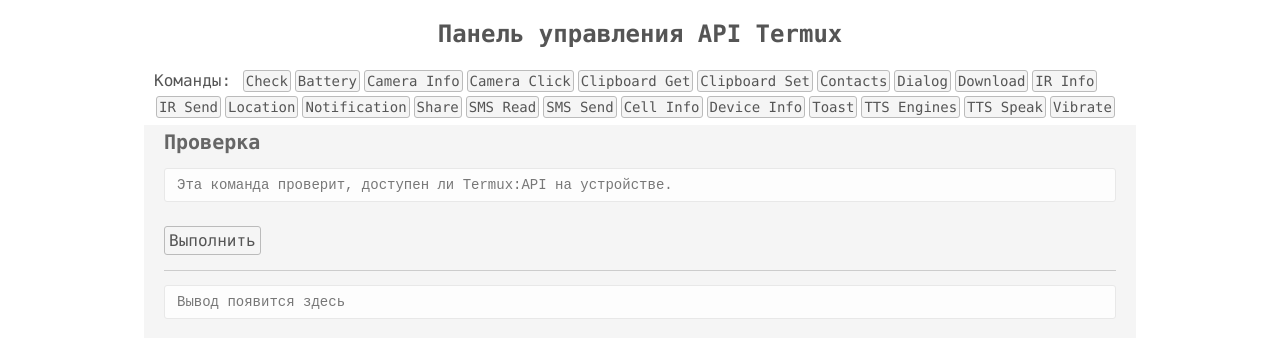
Repository: easy-quest/PHP-Termux-API
Page: http://localhost/api.php
These files come from the project's save history. The page is drawn as it stood at one moment and after the next save; the edit follows.
The browser window is 1280 px wide. The pictures show the whole page.
The page is run by PHP 8.4 with error messages shown; the project is at /var/www/html/.

Above is the page before, as saved 2021-12-02 02:13:56.

### api.php
<?php
if(isset($_REQUEST['command']) && isset($_REQUEST['param'])){
  /* Check if Termux:API is available */
  if($_REQUEST['command']=="check"){
    $test = shell_exec('termux-battery-status -h');
    if (substr($test, 0, 5) === 'Usage'){
      die("Termux:API is available");
    }
    else{
      die("Termux:API is not available");
    }
  }

  $command=$_REQUEST['command'];
  $param=$_REQUEST['param'];
  if(!$param==""){
    $response=shell_exec("$command $param");
  }
  else{
    $response=shell_exec("$command");
  }

  echo $response;
  exit();
}
?>
<!DOCTYPE html>
<html>
<head>
<meta name="viewport" content="width=device-width, initial-scale=1.0">
<style>
* {
  box-sizing: border-box;
}
.btn{
  background-color:#f5f5f5;
  display: inline-block;
  color: #555;
  text-align: center;
  border: solid 1px #bbb;
  border-radius:3px;
}
.btn:hover{
  cursor: pointer;
  background-color: #ddd;
}
pre{
  padding:8px 12px;
  overflow-x:scroll;
  border: 1px solid #e8e8e8;
  border-radius:3px;
  background-color:#fdfdfd;
  color:#777;
  font-size:14px
}
code{
  border: 0;
  padding-right: 0;
  padding-left: 0;
}
  min-height:350px;
input{
  font-family:MonoSpace;
  color:#555;
  border:solid 1px #bbb;
  border-radius:4px;
  padding:4px;
  outline:none
}
.commands {
  max-width:992px;
  margin:auto;
  padding-left:10px;
  padding-right:10px;
}
.commands a {
  background-color:#f5f5f5;
  display: inline-block;
  color: #555;
  text-align: center;
  border: solid 1px #bbb;
  border-radius:3px;
  font-size:14px;
  color: #555;
  padding: 2px;
  margin:2px;
  text-decoration: none;
}
.commands a:hover{
  cursor: pointer;
  background-color: #ddd;
}
.execute{
  padding:4px;
  margin-top:10px;
}
.main {
  margin:auto;
  margin-top:5px;
  max-width:992px;
  padding:5px 20px;
  background:#f5f5f5;
}
#photo-link{
  padding:4px;
  margin-top:5px;
  margin-bottom:50px;
  text-decoration:none;
}

@media only screen and (max-width:992px) {
  .commands, .main{
    width:100%;
  }
}
</style>
</head>
<body style="color:#555;font-family:Consolas, MonoSpace;margin:0px;">
  <h2 style="text-align:center">Панель управления API Termux</h2>
  <div class="commands">
     Команды:
    <a onclick="cmd(0)" href=#>Check</a><a onclick="cmd(1)" href=#>Battery</a><a onclick="cmd(2)" href=#>Camera Info</a><a onclick="cmd(3)" href=#>Camera Click</a><a onclick="cmd(4)" href=#>Clipboard Get</a><a onclick="cmd(5)" href=#>Clipboard Set</a><a onclick="cmd(6)" href=#>Contacts</a><a onclick="cmd(7)" href=#>Dialog</a><a onclick="cmd(8)" href=#>Download</a><a onclick="cmd(9)" href=#>IR Info</a><a onclick="cmd(10)" href=#>IR Send</a><a onclick="cmd(11)" href=#>Location</a><a onclick="cmd(12)" href=#>Notification</a><a onclick="cmd(13)" href=#>Share</a><a onclick="cmd(14)" href=#>SMS Read</a><a onclick="cmd(15)" href=#>SMS Send</a><a onclick="cmd(16)" href=#>Cell Info</a><a onclick="cmd(17)" href=#>Device Info</a><a onclick="cmd(18)" href=#>Toast</a><a onclick="cmd(19)" href=#>TTS Engines</a><a onclick="cmd(20)" href=#>TTS Speak</a><a onclick="cmd(21)" href=#>Vibrate</a>
  </div>
  <div class="main">
    <div id="command" style="color:#666;font-weight:bold;font-size:20px"></div>
    <pre style="white-space:pre-wrap;"><code id= "documentation"></code></pre>
    <div>
      <div id="param" style="margin-top:10px">
        <span style="">Enter parameters : </span>
        <input id="paramInput">
      </div>
      <div onclick="execute()" class="execute btn">Выполнить</div>
    </div>
    <div style="border-top:solid 1px #ccc;width:100%;height:1px;margin:auto;margin-top:15px;margin-bottom:5px;"></div>
    <pre><code id= "response"></code></pre>
  </div>

  <script>
  var api = {
    0:{command:"Проверка",doc:"Эта команда проверит, доступен ли Termux:API на устройстве.",sampleParam:""},
    1:{command:"termux-battery-status",doc:"Usage: termux-battery-status\nGet the status of the device battery.",sampleParam:""},
    2:{command:"termux-camera-info",doc:"Usage: termux-camera-info\nGet information about device camera(s).",sampleParam:""},
    3:{command:"termux-camera-photo",doc:"Usage: termux-camera-photo [-c camera-id] output-file\nTake a photo and save it to a file in JPEG format.\n\n  -c camera-id  ID of the camera to use (see termux-camera-info), default: 0",sampleParam:"-c 0 photo.jpg"},
    4:{command:"termux-clipboard-get",doc:"Usage: termux-clipboard-get\nGet the system clipboard text.",sampleParam:""},
    5:{command:"termux-clipboard-set",doc:"Usage: termux-clipboard-set [text]\nSet the system clipboard text. The text to set is either supplied as arguments or read from stdin if no arguments are given.",sampleParam:"Hello"},
    6:{command:"termux-contact-list",doc:"Usage: termux-contact-list\nList all contacts.",sampleParam:""},
    7:{command:"termux-dialog",doc:"Usage: termux-dialog [-i hint] [-m] [-p] [-t title]\nShow a text entry dialog.\n\n  -i hint   the input hint to show when the input is empty\n  -m        use a textarea with multiple lines instead of a single\n  -p        enter the input as a password\n  -t title  the title to show for the input prompt",sampleParam:"-t Enter Something"},
    8:{command:"termux-download",doc:"Usage: termux-download [-d description] [-t title] url-to-download\nDownload a resource using the system download manager.\n\n  -d description  description for the download request notification\n  -t title        title for the download request notification",sampleParam:"-t Anupam http://g.jpg"},
    9:{command:"termux-infrared-frequencies",doc:"Usage: termux-infrared-frequencies\nQuery the infrared transmitter's supported carrier frequencies.",sampleParam:""},
    10:{command:"termux-infrared-transmit",doc:"Usage: termux-infrared-transmit -f frequency pattern\nTransmit an infrared pattern. The pattern is specified in comma-separated on/off intervals, such as '20,50,20,30'. Only patterns shorter than 2 seconds will be transmitted.\n\n  -f frequency  IR carrier frequency in Hertz",sampleParam:"-f 30000 20,50,20,30"},
    11:{command:"termux-location",doc:"usage: termux-location [-p provider] [-r request]\nGet the device location.\n\n  -p provider  location provider [gps/network/passive] (default: gps)\n  -r request   kind of request to make [once/last/updates] (default: once)",sampleParam:"-p gps -r once"},
    12:{command:"termux-notification",doc:"Usage: termux-notification [-c content] [-i id] [-t title] [-u url]\nDisplay a system notification.\n\n  -c content notification content to show\n  -i id      notification id (will overwrite any previous notification\n               with the same id)\n  -t title   notification title to show\n  -u url     notification url when clicking on it",sampleParam:"-c This is a notification -t Notification"},
    13:{command:"termux-share",doc:"Usage: termux-share [-a action] [-c content-type] [-d] [-t title] [file]\nShare a file specified as argument or the text received on stdin if no file argument is given.\n\n  -a action        which action to performed on the shared content:\n                     edit/send/view (default:view)\n  -c content-type  content-type to use (default: guessed from file extension,\n                     text/plain for stdin)\n  -d               share to the default receiver if one is selected\n                     instead of showing a chooser\n\n  -t title         title to use for shared content (default: shared file name)",sampleParam:"-a view photo.jpg"},
    14:{command:"termux-sms-inbox",doc:"Usage: termux-sms-inbox [-d] [-l limit] [-n] [-o offset]\nList received SMS messages.\n\n  -d         show dates when messages were created\n  -l limit   offset in sms list (default: 10)\n  -n         show phone numbers\n  -o offset  offset in sms list (default: 0)",sampleParam:"-l 10 -n -o 0"},
    15:{command:"termux-sms-send",doc:"Usage: termux-sms-send -n number[,number2,number3,...] [text]\nSend a SMS message to the specified recipient number(s). The text to send is either supplied as arguments or read from stdin if no arguments are given.\n\n  -n number(s)  recipient number(s) - separate multiple numbers by commas",sampleParam:"-n 1234567890 Hello"},
    16:{command:"termux-telephony-cellinfo",doc:"Usage: termux-telephony-cellinfo\nGet information about all observed cell information from all radios on the device including the primary and neighboring cells.",sampleParam:""},
    17:{command:"termux-telephony-deviceinfo",doc:"Usage: termux-telephony-deviceinfo\nGet information about the telephony device.",sampleParam:""},
    18:{command:"termux-toast",doc:"Usage: termux-toast [-s] [text]\nShow text in a Toast (a transient popup). The text to show is either supplied as arguments or read from stdin if no arguments are given.\n\n -s  only show the toast for a short while",sampleParam:"-s This is a toast"},
    19:{command:"termux-tts-engines",doc:"Usage: termux-tts-engines\nGet information about the available text-to-speech (TTS) engines. The name of an engine may be given to the termux-tts-speak command using the -e option.",sampleParam:""},
    20:{command:"termux-tts-speak",doc:"Usage: termux-tts-speak [-e engine] [-l language] [-p pitch] [-r rate] [-s stream] [text-to-speak]\nSpeak text with a system text-to-speech (TTS) engine. The text to speak is either supplied as arguments or read from stdin if no arguments are given.\n\n  -e engine    TTS engine to use (see termux-tts-engines)\n  -l language  language to speak in (may be unsupported by the engine)\n  -p pitch     pitch to use in speech. 1.0 is the normal pitch,\n                 lower values lower the tone of the synthesized voice,\n                 greater values increase it.\n  -r rate      speech rate to use. 1.0 is the normal speech rate,\n                 lower values slow down the speech\n                 (0.5 is half the normal speech rate)\n                 while greater values accelerates it\n                 (2.0 is twice the normal speech rate).\n  -s stream    audio stream to use (default:NOTIFICATION), one of:\n                 ALARM, MUSIC, NOTIFICATION, RING, SYSTEM, VOICE_CALL",sampleParam:"-p 1.3 Hello How are you"},
    21:{command:"termux-vibrate",doc:"Usage: termux-vibrate [-d duration] [-f]\nVibrate the device.\n\n  -d duration  the duration to vibrate in ms (default:1000)\n  -f           force vibration even in silent mode",sampleParam:"-d 500"}
  }

  //default values
  var command = api[0].command;
  var param = "";
  var doc = api[0].doc;
  var msg = "Вывод появится здесь";

  document.getElementById("param").hidden= true;
  document.getElementById("response").innerHTML = msg;
  document.getElementById("command").innerHTML = command;
  document.getElementById("documentation").innerHTML = doc;

/** Function to select command and sampleParam*/
  function cmd(id=0){
    command = api[id].command;
    var doc = api[id].doc;
    var sampleParam = api[id].sampleParam;
    document.getElementById("documentation").innerHTML = doc;
    document.getElementById("command").innerHTML = command;
    document.getElementById("response").innerHTML = msg;
    var photoLink = document.getElementById("photo-link");
    if(photoLink){
      photoLink.parentNode.removeChild(photoLink);
    }
    if(sampleParam==""){
      document.getElementById("param").hidden = true;
      document.getElementById("paramInput").value = "";
    }
    else{
      document.getElementById("param").hidden = false;
      document.getElementById("paramInput").value = sampleParam;
    }
  }

/** Function to send AJAX Request with command and param, then show the response*/
  function execute(){
    param = document.getElementById("paramInput").value;
    var xhttp = new XMLHttpRequest();
    xhttp.onreadystatechange = function() {
      if(this.readyState == 1){
        document.getElementById("response").innerHTML = "server connection established";
      }
      if(this.readyState == 2){
        document.getElementById("response").innerHTML = "request received";
      }
      if(this.readyState == 3){
        document.getElementById("response").innerHTML = "processing request";
      }
      if (this.readyState == 4 && this.status == 200) {
        document.getElementById("response").innerHTML = this.responseText;
        if(command=="termux-camera-photo"){
          var name = param.substring(5);
          var l = document.createElement("a");
          var text = document.createTextNode("View Image");
          l.appendChild(text);
          l.setAttribute("href",name);
          l.setAttribute("target","_blank");
          l.setAttribute("id","photo-link");
          l.setAttribute("class","btn");
          document.getElementById("response").parentElement.parentElement.appendChild(l);
        }
      }
    };
    xhttp.open("POST", "<?php echo basename(__FILE__);?>", true);
    xhttp.setRequestHeader("Content-type", "application/x-www-form-urlencoded");
    xhttp.send("command=" + command + "&param=" + param);
  }
  </script>
</body>
</html>

After the next save:
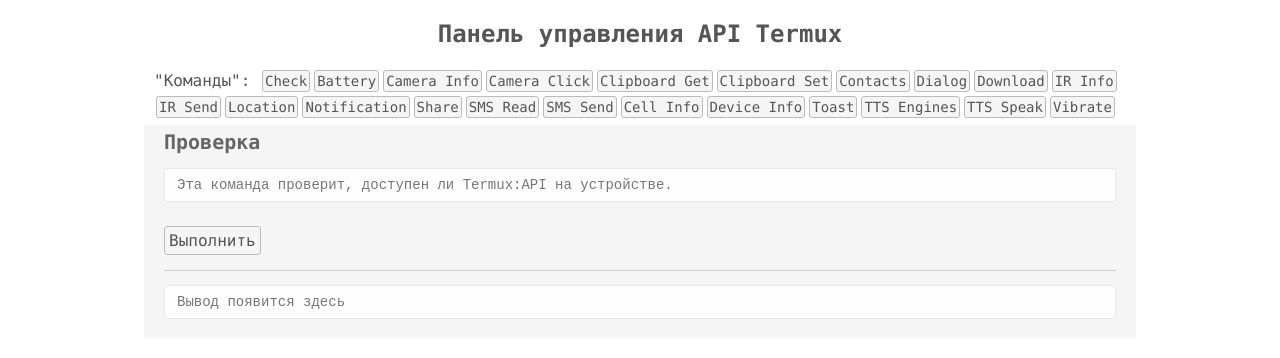
Saved 6 s later.
--- a/api.php
+++ b/api.php
@@ -118,7 +118,7 @@
 <body style="color:#555;font-family:Consolas, MonoSpace;margin:0px;">
   <h2 style="text-align:center">Панель управления API Termux</h2>
   <div class="commands">
-     Команды:
+     "Команды":
     <a onclick="cmd(0)" href=#>Check</a><a onclick="cmd(1)" href=#>Battery</a><a onclick="cmd(2)" href=#>Camera Info</a><a onclick="cmd(3)" href=#>Camera Click</a><a onclick="cmd(4)" href=#>Clipboard Get</a><a onclick="cmd(5)" href=#>Clipboard Set</a><a onclick="cmd(6)" href=#>Contacts</a><a onclick="cmd(7)" href=#>Dialog</a><a onclick="cmd(8)" href=#>Download</a><a onclick="cmd(9)" href=#>IR Info</a><a onclick="cmd(10)" href=#>IR Send</a><a onclick="cmd(11)" href=#>Location</a><a onclick="cmd(12)" href=#>Notification</a><a onclick="cmd(13)" href=#>Share</a><a onclick="cmd(14)" href=#>SMS Read</a><a onclick="cmd(15)" href=#>SMS Send</a><a onclick="cmd(16)" href=#>Cell Info</a><a onclick="cmd(17)" href=#>Device Info</a><a onclick="cmd(18)" href=#>Toast</a><a onclick="cmd(19)" href=#>TTS Engines</a><a onclick="cmd(20)" href=#>TTS Speak</a><a onclick="cmd(21)" href=#>Vibrate</a>
   </div>
   <div class="main">

After the 2 saves that followed:
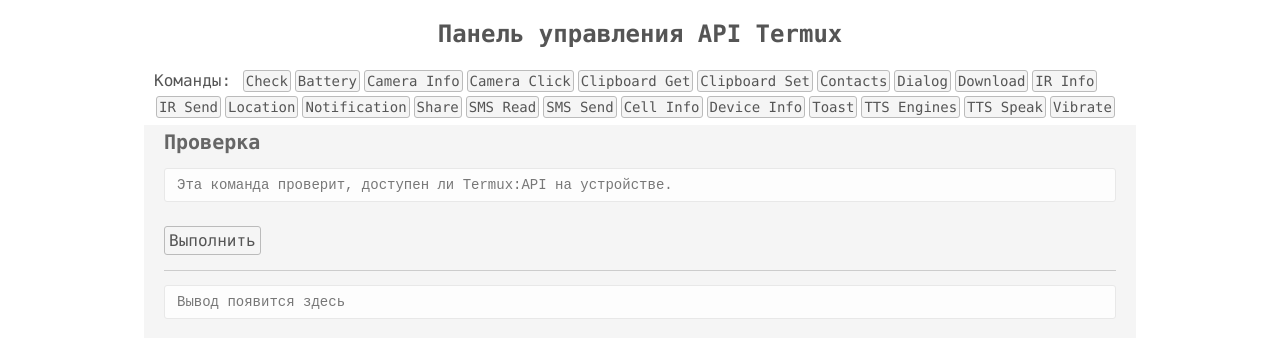
The 2 saves are shown as one change because they came seconds apart.
The last was saved 35 s later.
--- a/api.php
+++ b/api.php
@@ -118,7 +118,7 @@
 <body style="color:#555;font-family:Consolas, MonoSpace;margin:0px;">
   <h2 style="text-align:center">Панель управления API Termux</h2>
   <div class="commands">
-     "Команды":
+     Команды:
     <a onclick="cmd(0)" href=#>Check</a><a onclick="cmd(1)" href=#>Battery</a><a onclick="cmd(2)" href=#>Camera Info</a><a onclick="cmd(3)" href=#>Camera Click</a><a onclick="cmd(4)" href=#>Clipboard Get</a><a onclick="cmd(5)" href=#>Clipboard Set</a><a onclick="cmd(6)" href=#>Contacts</a><a onclick="cmd(7)" href=#>Dialog</a><a onclick="cmd(8)" href=#>Download</a><a onclick="cmd(9)" href=#>IR Info</a><a onclick="cmd(10)" href=#>IR Send</a><a onclick="cmd(11)" href=#>Location</a><a onclick="cmd(12)" href=#>Notification</a><a onclick="cmd(13)" href=#>Share</a><a onclick="cmd(14)" href=#>SMS Read</a><a onclick="cmd(15)" href=#>SMS Send</a><a onclick="cmd(16)" href=#>Cell Info</a><a onclick="cmd(17)" href=#>Device Info</a><a onclick="cmd(18)" href=#>Toast</a><a onclick="cmd(19)" href=#>TTS Engines</a><a onclick="cmd(20)" href=#>TTS Speak</a><a onclick="cmd(21)" href=#>Vibrate</a>
   </div>
   <div class="main">
